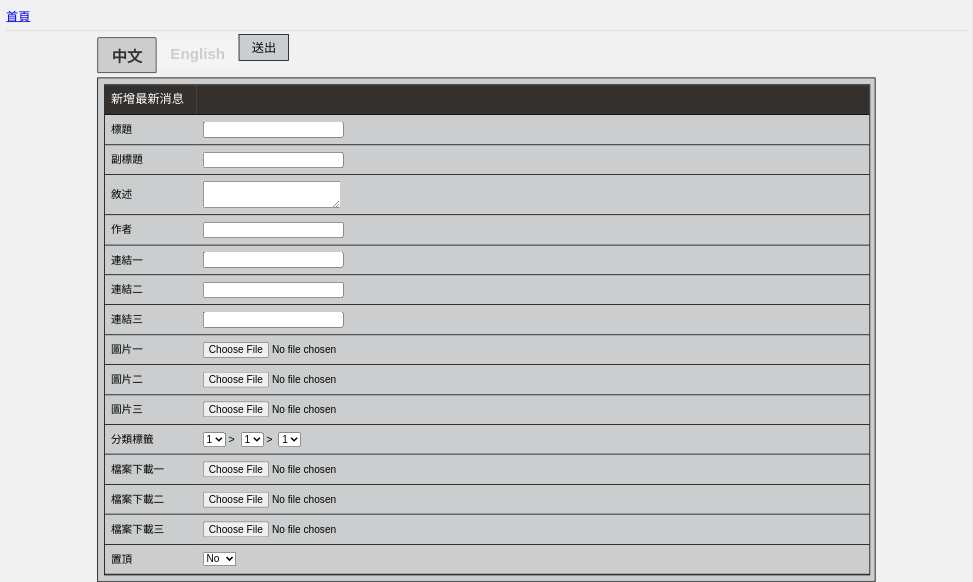
Repository: Naokiyuy/DigitalHum
Page: http://localhost/digital/backend/hotnews/hotnews-add.jsp
The author's editor kept a copy of each file at every save. The page is drawn from the files as they stood at one save, then again after the next save.
The browser window is 1280 px wide. The pictures show the whole page, at 76% of full size.
Some web libraries are served in a nearby version. The page is served by Tomcat 9. Other server files are loaded and not shown.

Above is the page before, as saved 2015-03-11 19:35:50.

### digital/src/main/webapp/backend/hotnews/hotnews-add.jsp
<%@ page language="java" contentType="text/html; charset=UTF-8"
    pageEncoding="UTF-8"%>
<!DOCTYPE html PUBLIC "-//W3C//DTD HTML 4.01 Transitional//EN" "http://www.w3.org/TR/html4/loose.dtd">
<html>
<head>
<meta http-equiv="Content-Type" content="text/html; charset=UTF-8">
<title>[後台]最新消息-新增</title>
<link rel="stylesheet" type="text/css" href="/backend/css/hotnews/add.css" />
</head>
<body>
<jsp:include page="/backend/header/header.jsp"></jsp:include>
<hr />
<form action="">
<div class="container">
<div class="tab_div">
<ul class="tabs">
	<li>
		<input type="radio" checked name="tabs" id="tab1">
        <label for="tab1">中文</label>
        <div id="tab-content1" class="tab-content animated fadeIn">
        	<div id="hotnews-add-table">
				<div class="hotnews-add-tr">
					<div class="hotnews-add-td"><span>新增最新消息</span></div>
					<div class="hotnews-add-td"></div>
				</div>
				<div class="hotnews-add-tr">
					<div class="hotnews-add-td">標題</div>
					<div class="hotnews-add-td"><input type="text" id="title_cht" name="title_cht"/></div>
				</div>
				<div class="hotnews-add-tr">
					<div class="hotnews-add-td">副標題</div>
					<div class="hotnews-add-td"><input type="text" id="subtitle_cht" name="subtitle_cht"/></div>
				</div>
				<div class="hotnews-add-tr">
					<div class="hotnews-add-td">敘述</div>
					<div class="hotnews-add-td"><textarea id="description_cht" name="description_cht"/></textarea></div>
				</div>
				<div class="hotnews-add-tr">
					<div class="hotnews-add-td">作者</div>
					<div class="hotnews-add-td"><input type="text" id="author_cht" name="author_cht"/></div>
				</div>
				<div class="hotnews-add-tr">
					<div class="hotnews-add-td">連結一</div>
					<div class="hotnews-add-td"><input type="text" id="link_1_cht" name="link_1_cht"/></div>
				</div>
				<div class="hotnews-add-tr">
					<div class="hotnews-add-td">連結二</div>
					<div class="hotnews-add-td"><input type="text" id="link_2_cht" name="link_2_cht"/></div>
				</div>
				<div class="hotnews-add-tr">
					<div class="hotnews-add-td">連結三</div>
					<div class="hotnews-add-td"><input type="text" id="link_3_cht" name="link_3_cht"/></div>
				</div>
				<div class="hotnews-add-tr">
					<div class="hotnews-add-td">圖片一</div>
					<div class="hotnews-add-td"><input type="file" id="image_1_cht" name="image_1_cht" /></div>
				</div>
				<div class="hotnews-add-tr">
					<div class="hotnews-add-td">圖片二</div>
					<div class="hotnews-add-td"><input type="file" id="image_2_cht" name="image_2_cht" /></div>
				</div>
				<div class="hotnews-add-tr">
					<div class="hotnews-add-td">圖片三</div>
					<div class="hotnews-add-td"><input type="file" id="image_3_cht" name="image_3_cht" /></div>
				</div>
				<div class="hotnews-add-tr">
					<div class="hotnews-add-td">分類標籤</div>
					<div class="hotnews-add-td">
						<select id="breadcrumb_1" name="breadcrumb_1_cht">
							<option>1</option>
							<option>2</option>
							<option>3</option>
						</select>&nbsp;>&nbsp;
						<select id="breadcrumb_2" name="breadcrumb_2_cht">
							<option>1</option>
							<option>2</option>
							<option>3</option>
						</select>&nbsp;>&nbsp;
						<select id="breadcrumb_3" name="breadcrumb_3_cht">
							<option>1</option>
							<option>2</option>
							<option>3</option>
						</select>
					</div>
				</div>
				<div class="hotnews-add-tr">
					<div class="hotnews-add-td">檔案下載一</div>
					<div class="hotnews-add-td"><input type="file" id="file_1_cht" name="file_1_cht" /></div>
				</div>
				<div class="hotnews-add-tr">
					<div class="hotnews-add-td">檔案下載二</div>
					<div class="hotnews-add-td"><input type="file" id="file_2_cht" name="file_2_cht" /></div>
				</div>
				<div class="hotnews-add-tr">
					<div class="hotnews-add-td">檔案下載三</div>
					<div class="hotnews-add-td"><input type="file" id="file_3_cht" name="file_3_cht" /></div>
				</div>
				<div class="hotnews-add-tr">
					<div class="hotnews-add-td">置頂</div>
					<div class="hotnews-add-td">
						<select id="top_cht" name="top_cht">
							<option value="0">No</option>
							<option value="1">Yes</option>
						</select>
					</div>
				</div>
			</div>
        </div>
	</li>
	<li>
		<input type="radio" name="tabs" id="tab2">
        <label for="tab2">English</label>
        <div id="tab-content2" class="tab-content animated fadeIn">
        	<div id="hotnews-add-table">
				<div class="hotnews-add-tr">
					<div class="hotnews-add-td"><span>New HotNews</span></div>
					<div class="hotnews-add-td"></div>
				</div>
				<div class="hotnews-add-tr">
					<div class="hotnews-add-td">Title</div>
					<div class="hotnews-add-td"><input type="text" id="title_enu" name="title_enu"/></div>
				</div>
				<div class="hotnews-add-tr">
					<div class="hotnews-add-td">Subtitle</div>
					<div class="hotnews-add-td"><input type="text" id="subtitle_enu" name="subtitle_enu"/></div>
				</div>
				<div class="hotnews-add-tr">
					<div class="hotnews-add-td">Author</div>
					<div class="hotnews-add-td"><input type="text" id="author_enu" name="author_enu"/></div>
				</div>
				<div class="hotnews-add-tr">
					<div class="hotnews-add-td">LinkA</div>
					<div class="hotnews-add-td"><input type="text" id="link_1_enu" name="link_1_enu"/></div>
				</div>
				<div class="hotnews-add-tr">
					<div class="hotnews-add-td">LinkB</div>
					<div class="hotnews-add-td"><input type="text" id="link_2_enu" name="link_2_enu"/></div>
				</div>
				<div class="hotnews-add-tr">
					<div class="hotnews-add-td">LinkC</div>
					<div class="hotnews-add-td"><input type="text" id="link_3_enu" name="link_3_enu"/></div>
				</div>
				<div class="hotnews-add-tr">
					<div class="hotnews-add-td">ImageA</div>
					<div class="hotnews-add-td"><input type="file" id="image_1_enu" name="image_1_enu" /></div>
				</div>
				<div class="hotnews-add-tr">
					<div class="hotnews-add-td">ImageB</div>
					<div class="hotnews-add-td"><input type="file" id="image_2_enu" name="image_2_enu" /></div>
				</div>
				<div class="hotnews-add-tr">
					<div class="hotnews-add-td">ImageC</div>
					<div class="hotnews-add-td"><input type="file" id="image_3_enu" name="image_3_enu" /></div>
				</div>
				<div class="hotnews-add-tr">
					<div class="hotnews-add-td">Breadcrumb</div>
					<div class="hotnews-add-td">
						<select id="breadcrumb_1" name="breadcrumb_1_enu">
							<option>1</option>
							<option>2</option>
							<option>3</option>
						</select>&nbsp;>&nbsp;
						<select id="breadcrumb_2" name="breadcrumb_2_enu">
							<option>1</option>
							<option>2</option>
							<option>3</option>
						</select>&nbsp;>&nbsp;
						<select id="breadcrumb_3" name="breadcrumb_3_enu">
							<option>1</option>
							<option>2</option>
							<option>3</option>
						</select>
					</div>
				</div>
				<div class="hotnews-add-tr">
					<div class="hotnews-add-td">FileA</div>
					<div class="hotnews-add-td"><input type="file" id="file_1_enu" name="file_1_enu" /></div>
				</div>
				<div class="hotnews-add-tr">
					<div class="hotnews-add-td">FileB</div>
					<div class="hotnews-add-td"><input type="file" id="file_2_enu" name="file_2_enu" /></div>
				</div>
				<div class="hotnews-add-tr">
					<div class="hotnews-add-td">FileC</div>
					<div class="hotnews-add-td"><input type="file" id="file_3_enu" name="file_3_enu" /></div>
				</div>
				<div class="hotnews-add-tr">
					<div class="hotnews-add-td">Top</div>
					<div class="hotnews-add-td">
						<select id="top_enu" name="top_enu">
							<option value="0">No</option>
							<option value="1">Yes</option>
						</select>
					</div>
				</div>
			</div>
        </div>
	</li>
</ul>
</div>
<div class="action_btn">
	<a class="submit_btn" href="#">送出</a>
</div>
</div>
</form>
<jsp:include page="/backend/footer/footer.jsp"></jsp:include>
</body>
</html>

### digital/src/main/webapp/backend/header/header.jsp
<%@ page language="java" contentType="text/html; charset=UTF-8"
    pageEncoding="UTF-8"%>
<!DOCTYPE html PUBLIC "-//W3C//DTD HTML 4.01 Transitional//EN" "http://www.w3.org/TR/html4/loose.dtd">
<html>
<head>
<meta http-equiv="Content-Type" content="text/html; charset=UTF-8">
<title>Insert title here</title>
<script type="text/javascript" src="https://code.jquery.com/jquery-1.11.2.min.js"></script>
</head>
<body>
<div id="breadcrumb">
	<a href="/backend/index.do">首頁</a>
</div>
</body>
</html>

### digital/src/main/webapp/backend/footer/footer.jsp
<%@ page language="java" contentType="text/html; charset=UTF-8"
    pageEncoding="UTF-8"%>
<!DOCTYPE html PUBLIC "-//W3C//DTD HTML 4.01 Transitional//EN" "http://www.w3.org/TR/html4/loose.dtd">
<html>
<head>
<meta http-equiv="Content-Type" content="text/html; charset=UTF-8">
<title>Insert title here</title>
</head>
<body>
<%-- Menu bar --%>

<%-- breadcrumb --%>


</body>
</html>

### digital/src/main/webapp/backend/css/hotnews/add.css

hr{
	border:0; height:1px; background-color:#d4d4d4;
}
body{
	font-family: "Varela Round",sans-serif, Microsoft JhengHei;
	background-color:#f1f1f1;
}

#hotnews-add-table{
	display:table;
	width:100%;
	border:1px solid #000000;
	max-width:1024px;
	margin: 0 auto;
}

.hotnews-add-tr {
	display: table-row;
}

.hotnews-add-td {
	display: table-cell;
	vertical-align:middle;
	border:1px solid #000000;
	border-width:0px 0px 1px 0px;
	text-align:left;
	padding:8px;
	font-size:14px;
	font-weight:normal;
	color:#000000;
}

.hotnews-add-td:first-child{
	width:12%;
}

.hotnews-add-tr:first-child {
	background-color:#34302D;
}

.hotnews-add-tr:first-child span{
	color:#ffffff;
	font-size:16px;
	vertical-align:middle;
	text-align:center;
}

.action_btn{
	max-width:1024px;
	margin-top:auto;
	margin-right:auto;
	margin-bottom: 15px;
	margin-left:auto;
}

.submit_btn {
  font-family: Arial;
  color: #080808;
  font-size: 16px;
  background: #caced1;
  padding: 8px 16px 8px 16px;
  border: solid #00060a 1px;
  text-decoration: none;
}

.submit_btn:hover {
  background: #99a1a6;
  text-decoration: none;
}

.tabs input[type=radio] {
          position: absolute;
          top: -9999px;
          left: -9999px;
}
.tabs {
		max-width:1024px;
        float: none;
        list-style: none;
        position: relative;
        padding: 0;
        margin: 0px auto;
        min-height:100%;
}
      .tabs li{
        float: left;
      }
.tabs label {
          display: block;
          padding: 8px 18px;
          border-radius: 2px 2px 0 0;
          color: #CBCDCF;
          font-size: 20px;
          font-weight: bold;
          //font-family: 'Lily Script One', helveti;
          background: rgba(255,255,255,0.2);
          cursor: pointer;
          position: relative;
          top: 3px;
          -webkit-transition: all 0.2s ease-in-out;
          -moz-transition: all 0.2s ease-in-out;
          -o-transition: all 0.2s ease-in-out;
          transition: all 0.2s ease-in-out;
}
.tabs label:hover {
        background: rgba(255,255,255,0.5);
        top: 0;
        border: 1px solid;
}

[id^=tab]:checked + label {
        background: #CBCDCF;
        color: rgb(52, 48, 45);
        top: 0;
        border: 1px solid;
}

[id^=tab]:checked ~ [id^=tab-content] {
          display: block;
}
.tab-content{
        z-index: 2;
        display: none;
        text-align: left;
        width: 100%;
        font-size: 16px;
        line-height: 140%;
        padding-top: 10px;
        background: #CBCDCF;
        padding: 8px;
        color: white;
        position: absolute;
        top: 53px;
        border: 1px solid #000;
        left: 0;
        box-sizing: border-box;
        -webkit-animation-duration: 0.5s;
        -o-animation-duration: 0.5s;
        -moz-animation-duration: 0.5s;
        animation-duration: 0.5s;
}

After the next save:
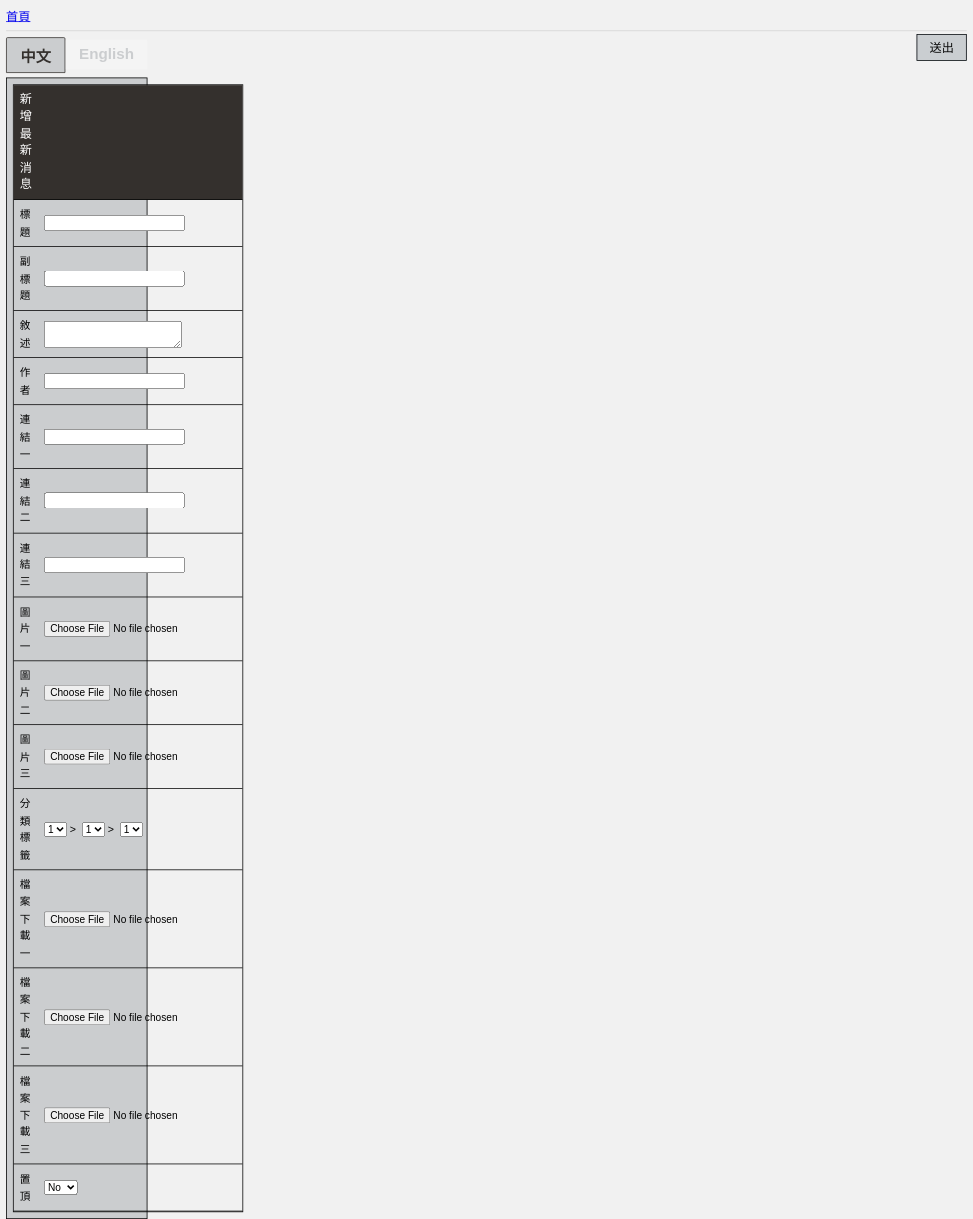
Saved 61 s later.
--- a/digital/src/main/webapp/backend/css/hotnews/add.css
+++ b/digital/src/main/webapp/backend/css/hotnews/add.css
@@ -44,29 +44,6 @@ body{
 	font-size:16px;
 	vertical-align:middle;
 	text-align:center;
-}
-
-.action_btn{
-	max-width:1024px;
-	margin-top:auto;
-	margin-right:auto;
-	margin-bottom: 15px;
-	margin-left:auto;
-}
-
-.submit_btn {
-  font-family: Arial;
-  color: #080808;
-  font-size: 16px;
-  background: #caced1;
-  padding: 8px 16px 8px 16px;
-  border: solid #00060a 1px;
-  text-decoration: none;
-}
-
-.submit_btn:hover {
-  background: #99a1a6;
-  text-decoration: none;
 }
 
 .tabs input[type=radio] {
@@ -140,3 +117,31 @@ body{
         -moz-animation-duration: 0.5s;
         animation-duration: 0.5s;
 }
+
+.tab_div {
+	float:left;
+}
+
+.action_btn{
+	max-width:1024px;
+	margin-top:auto;
+	margin-right:auto;
+	margin-bottom: 15px;
+	margin-left:auto;
+	float:right;
+}
+
+.submit_btn {
+  font-family: Arial;
+  color: #080808;
+  font-size: 16px;
+  background: #caced1;
+  padding: 8px 16px 8px 16px;
+  border: solid #00060a 1px;
+  text-decoration: none;
+}
+
+.submit_btn:hover {
+  background: #99a1a6;
+  text-decoration: none;
+}
